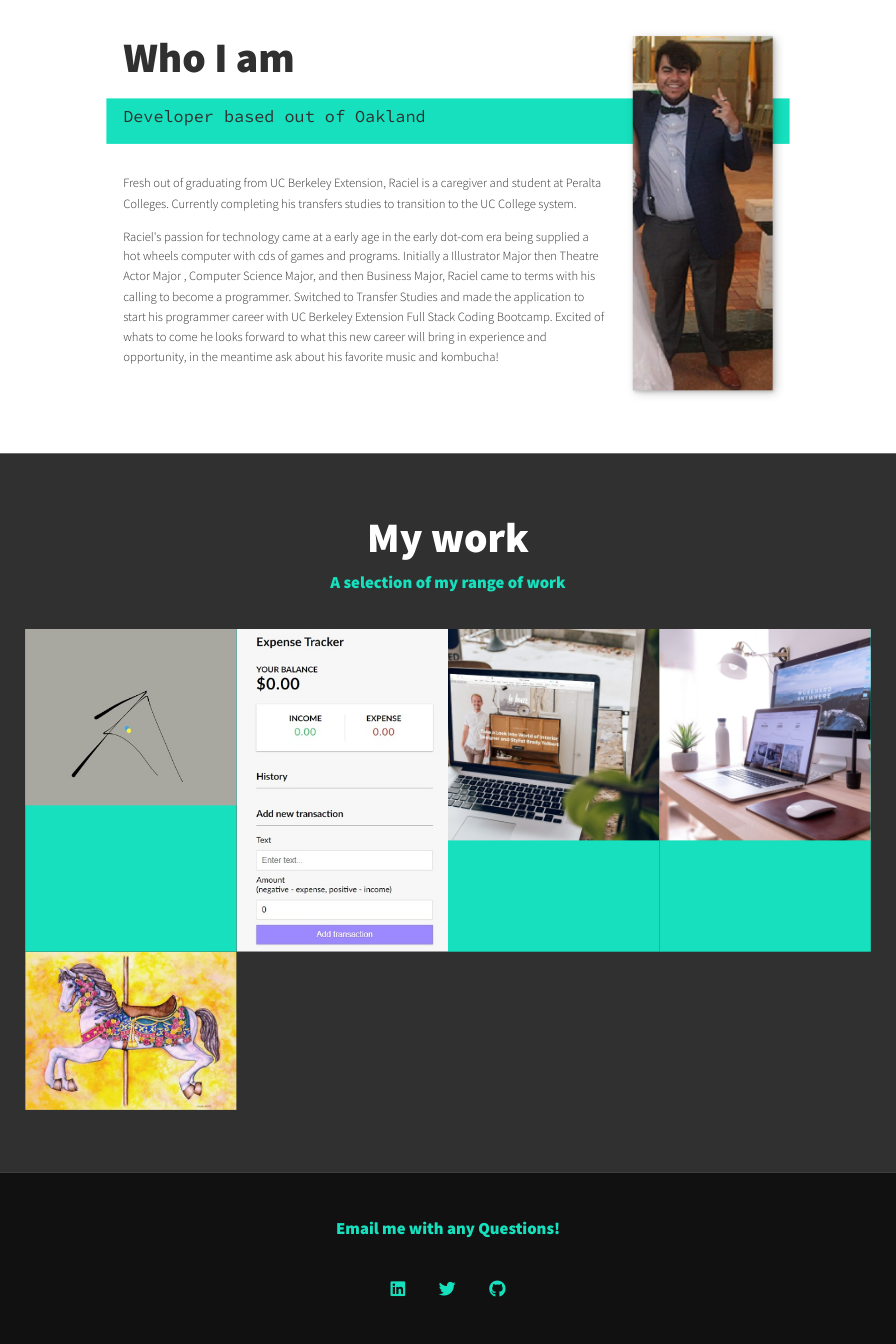
Repository: MadDogFlash/Hello-World
Page: Website/index.html
These files come from the project's save history. The page is drawn as it stood at one moment and after the next save; the edit follows.
The browser window is 1280 px wide. The pictures show the part of the page from y = 1252 to 3172 px (the page is 3172 px tall), at 70% of full size.
Some web libraries are served in a nearby version.

Above is the page before, as saved 2020-07-06 16:17:53.

After the next save:
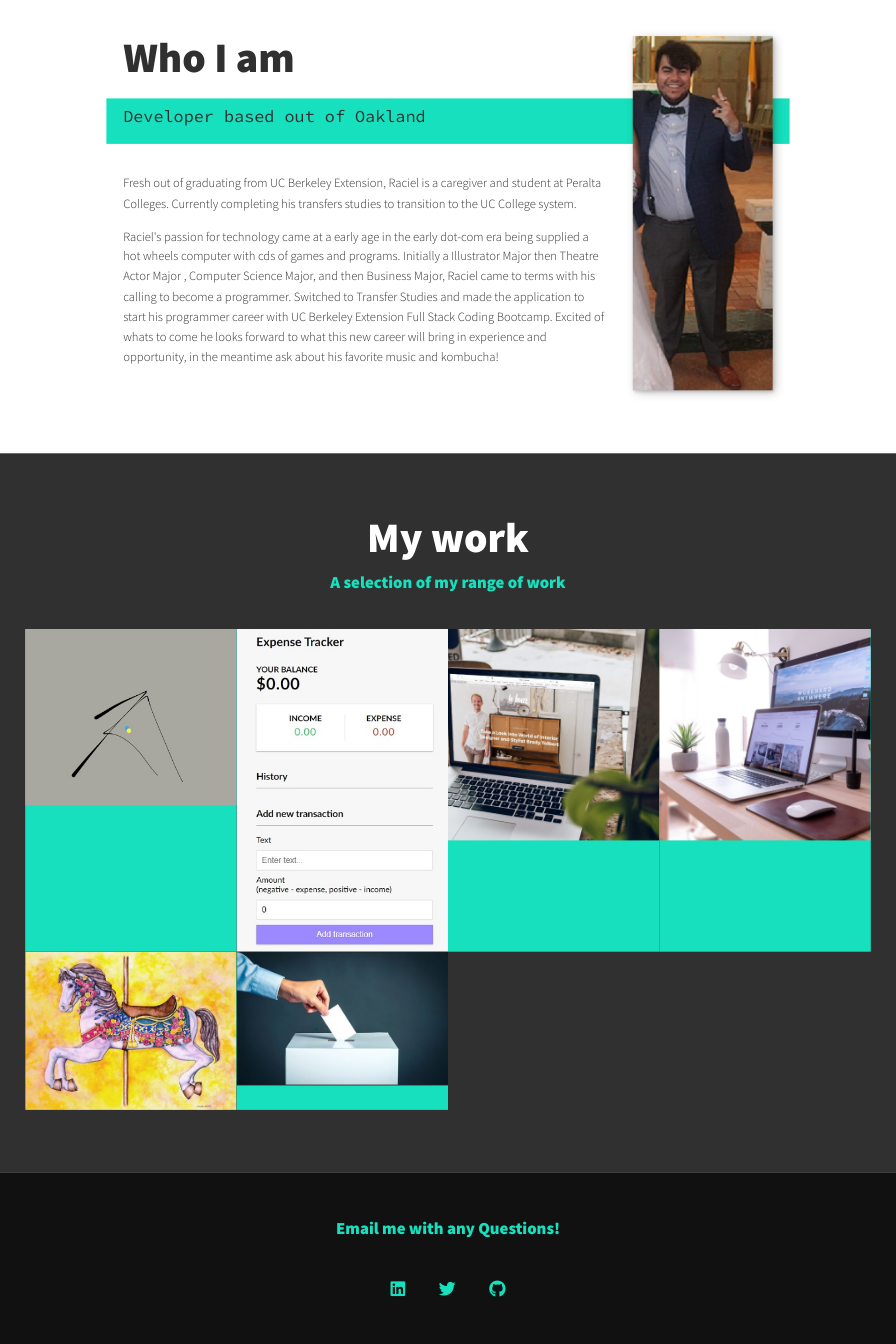
Saved 25 s later.
--- a/Website/index.html
+++ b/Website/index.html
@@ -108,6 +108,12 @@
                  <a href="Carousel.html" class="portfolio__item">
                     <img src="img/carousel-item2.jpg" alt="" class="portfolio__img">
                 </a>
+
+                 <!-- Portfolio item 06 -->
+                 <a href="Voting.html" class="portfolio__item">
+                    <img src="img/votingsystem.jpg" alt="" class="portfolio__img">
+                </a>
+
             </div>
         </section>
 
